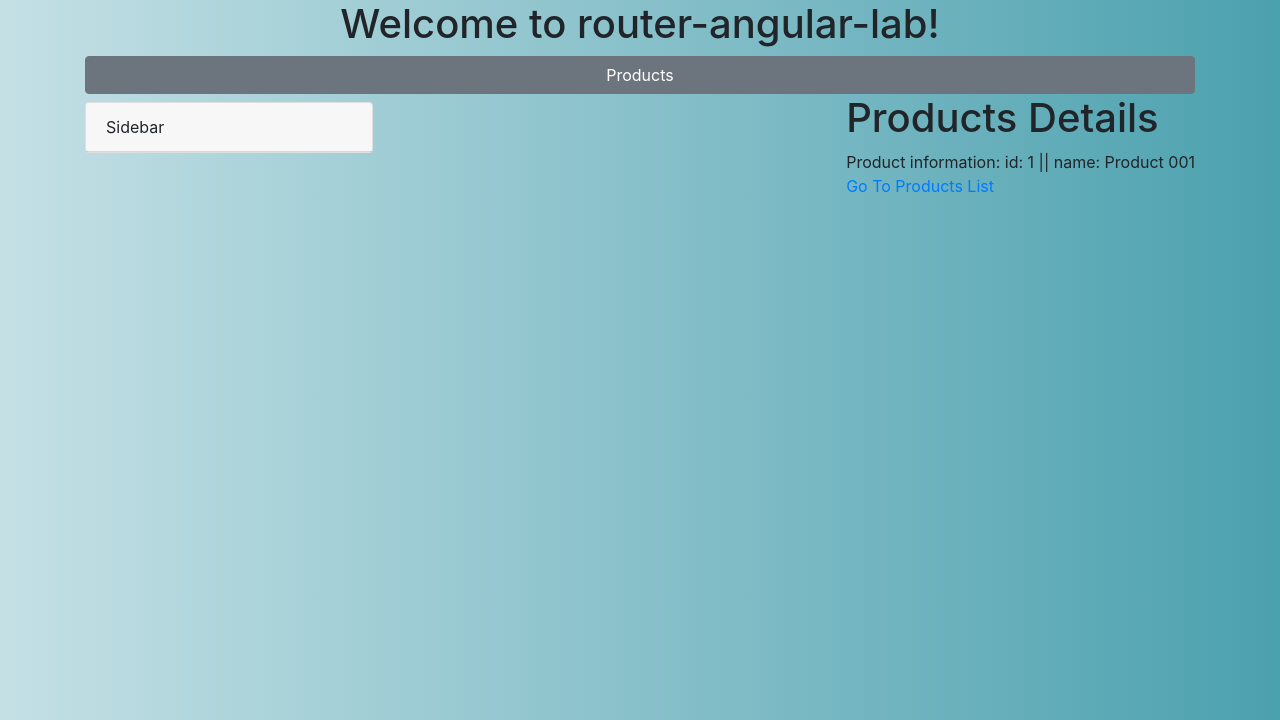
Repository: desalab/router-angular-lab
Page: /product/1
These files come from the project's save history. The page is drawn as it stood at one moment and after the next save; the edit follows.
The browser window is 1280 px wide. The pictures show the whole page.
The project was rebuilt for these pictures with package versions that can differ from the ones it lists, and the page was loaded fresh each time. Also part of the build but not shown: angular.json, src/app/product-list/product-list.component.ts, src/app/product-list-sidebar/product-list-sidebar.component.ts, src/app/home/home.component.ts.

Above is the page before, as saved 2018-12-06 01:21:09.

After the next save:
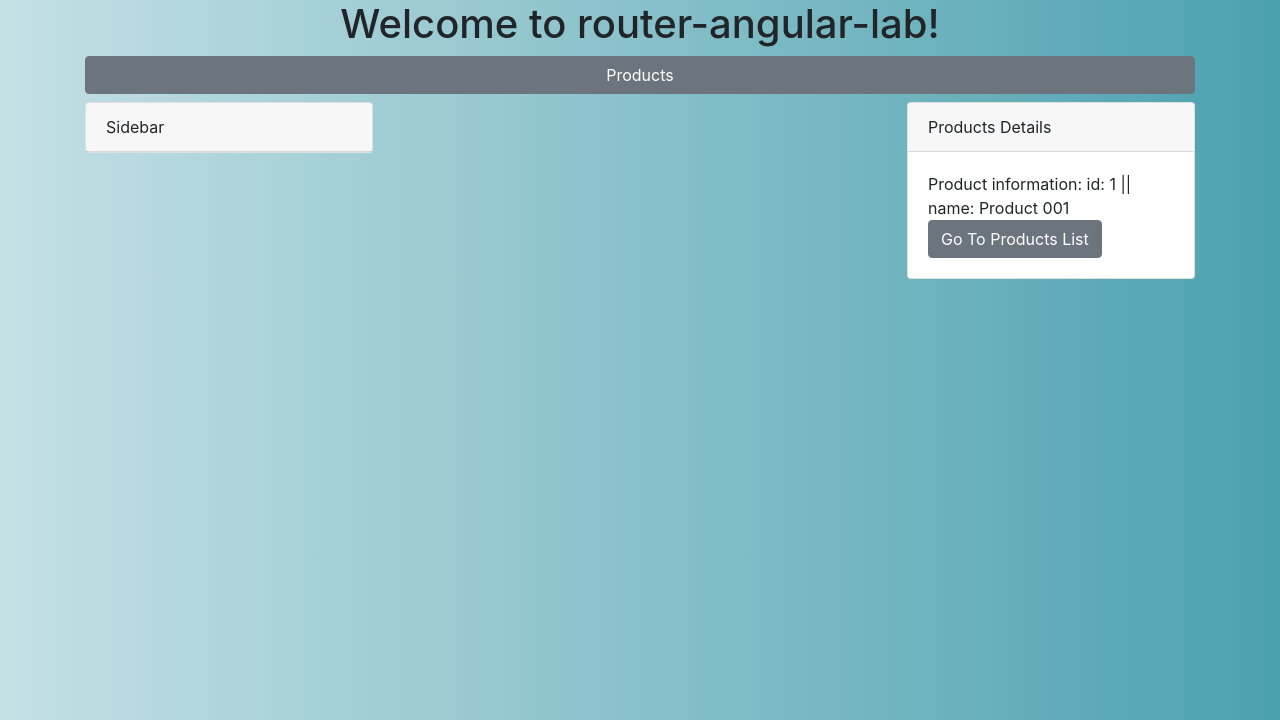
Saved 3 min 43 s later.
--- a/src/app/product-detail/product-detail.component.html
+++ b/src/app/product-detail/product-detail.component.html
@@ -1,4 +1,9 @@
-<h1>Products Details</h1>
 
-Product information: id: {{product.id}} || name: {{product.name}}
-<br><a routerLink="/products">Go To Products List</a>
+
+<div class="card mt-2" style="width: 18rem;">
+  <div class="card-header">Products Details</div>
+  <div class="card-body">
+    Product information: id: {{ product.id }} || name: {{ product.name }} <br />
+    <a class="btn btn-secondary" routerLink="/products">Go To Products List </a>
+  </div>
+</div>
